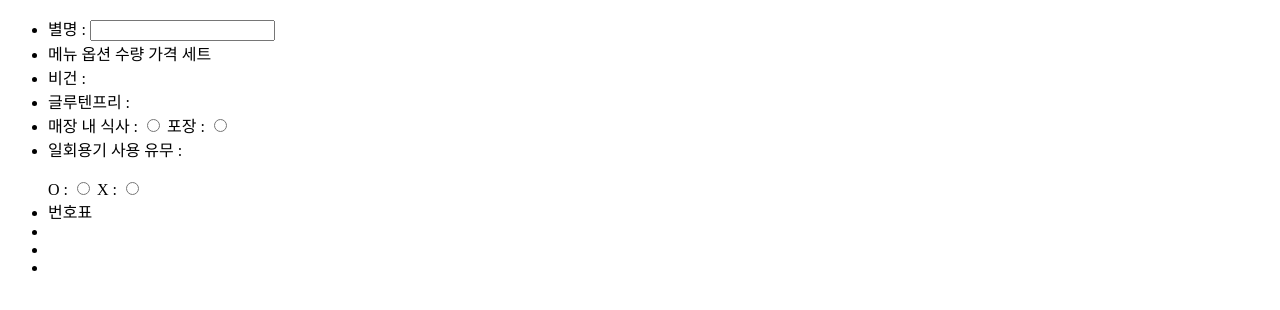
Repository: 1018lmh-hub/java_dynamic
Page: MyFirstWebProject/src/main/webapp/views/burger_request_get.html
These files come from the project's save history. The page is drawn as it stood at one moment and after the next save; the edit follows.
The browser window is 1280 px wide. The pictures show the whole page.

Above is the page before, as saved 2026-05-04 08:45:50.

After the next save:
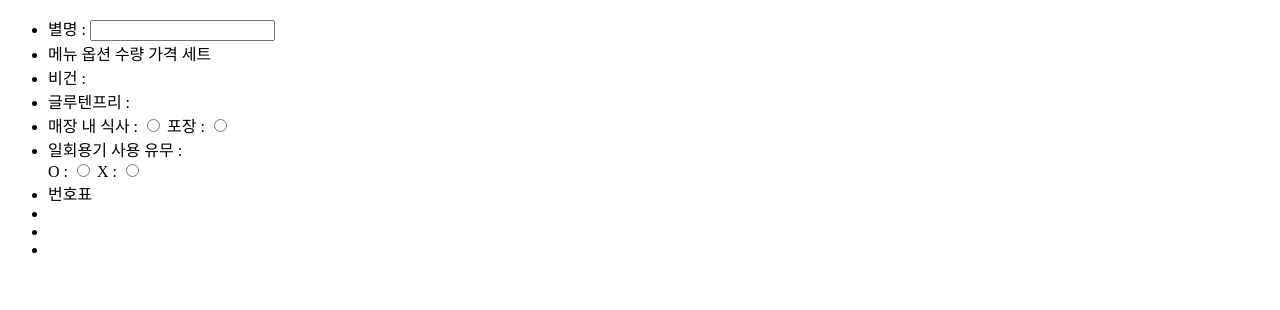
Saved 6 s later.
--- a/MyFirstWebProject/src/main/webapp/views/burger_request_get.html
+++ b/MyFirstWebProject/src/main/webapp/views/burger_request_get.html
@@ -25,7 +25,7 @@
 				포장 : <input type="radio" name = "order" value="포장"/>
 			</li>
 			<li>
-				일회용기 사용 유무 : <br><br>
+				일회용기 사용 유무 : <br>
 				O : <input type="radio" name = "singleUse" value="O"/>
 				X : <input type="radio" name = "singleUse" value="X"/>
 			</li>
